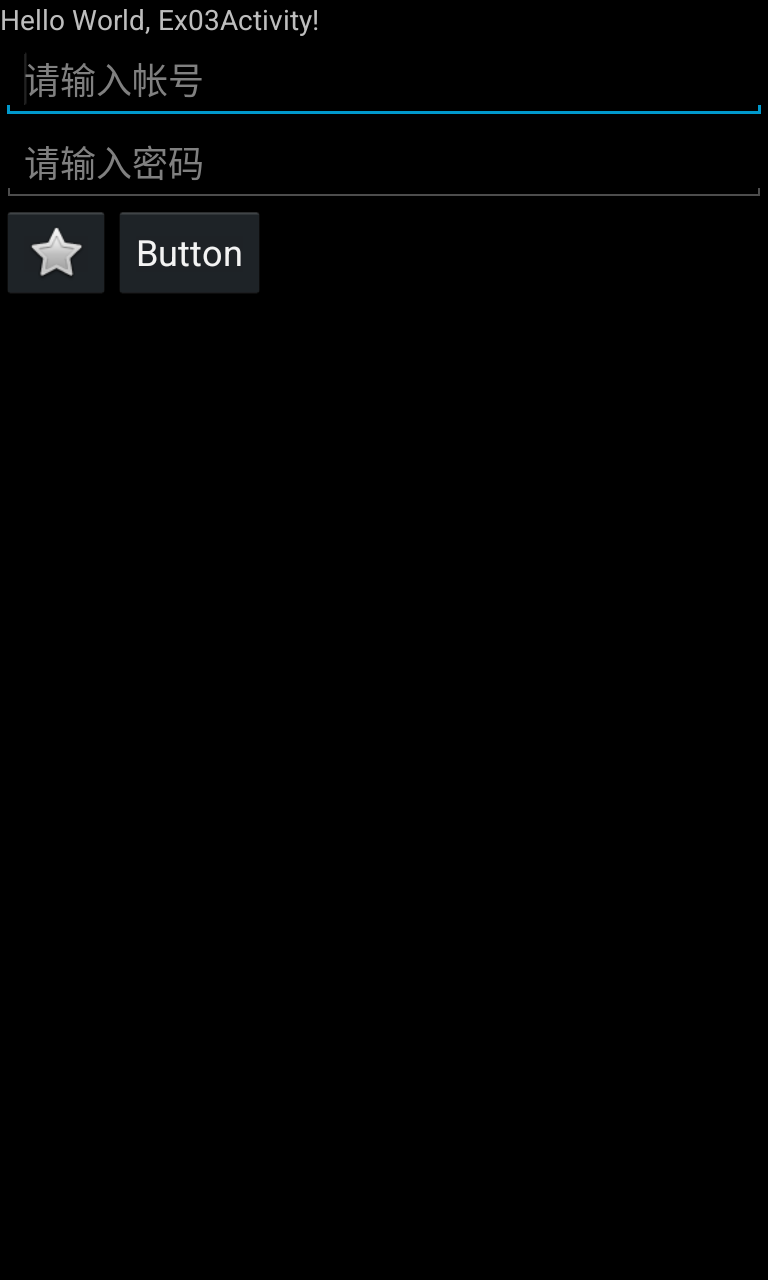
Repository: oldherokingsley/android_homework
Layout: Ex03/res/layout/main.xml
The author's editor kept a copy of each file at every save. The layout is drawn from the files as they stood at one save, then again after the next save.
It is drawn on a 768 x 1280 px phone screen (xhdpi) without system bars, with theme android:Theme.Holo; the app's code is not run.

Above is the layout before, as saved 2012-10-16 08:58:35.

After the next save:
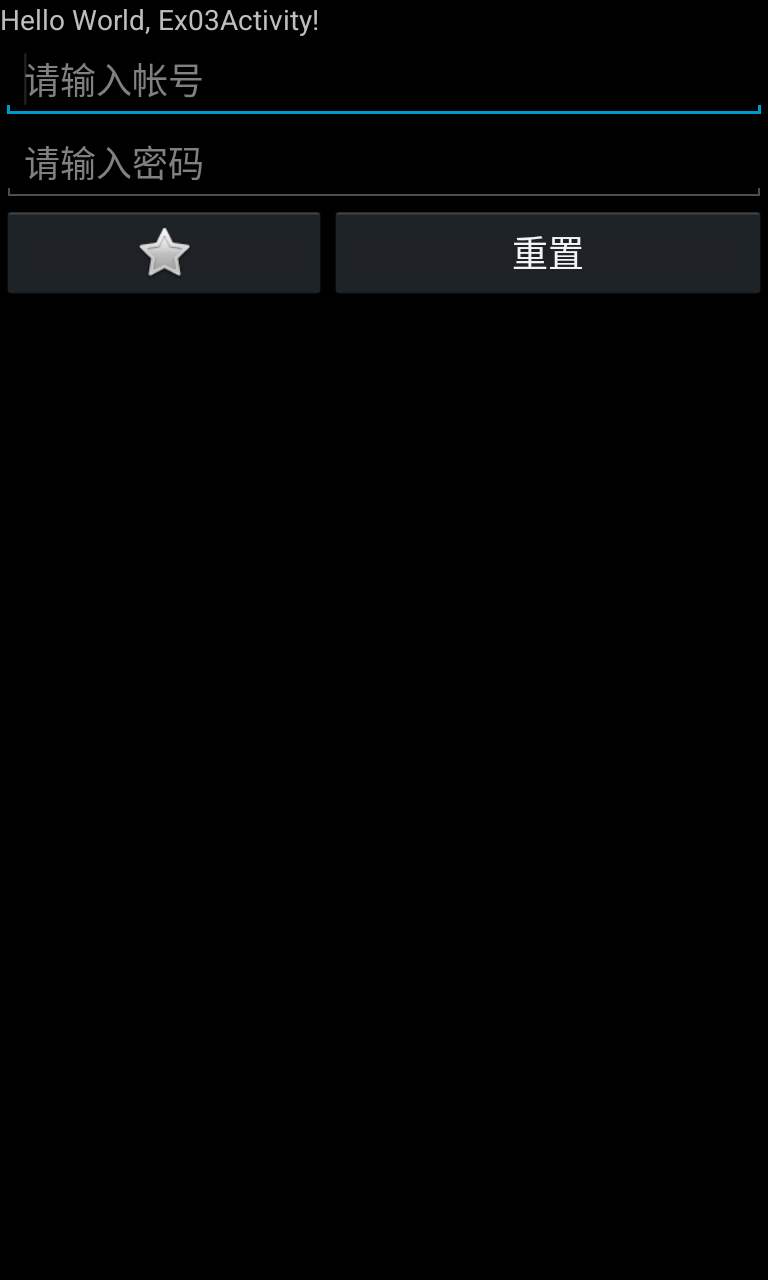
Saved 2 min 1 s later.
--- a/Ex03/res/layout/main.xml
+++ b/Ex03/res/layout/main.xml
@@ -35,15 +35,15 @@
 
         <ImageButton
             android:id="@+id/imageButton1"
-            android:layout_width="wrap_content"
+            android:layout_width="164dp"
             android:layout_height="wrap_content"
             android:src="@android:drawable/btn_star" />
 
         <Button
             android:id="@+id/button2"
-            android:layout_width="wrap_content"
+            android:layout_width="match_parent"
             android:layout_height="wrap_content"
-            android:text="Button" />
+            android:text="重置" />
 
     </LinearLayout>
 
